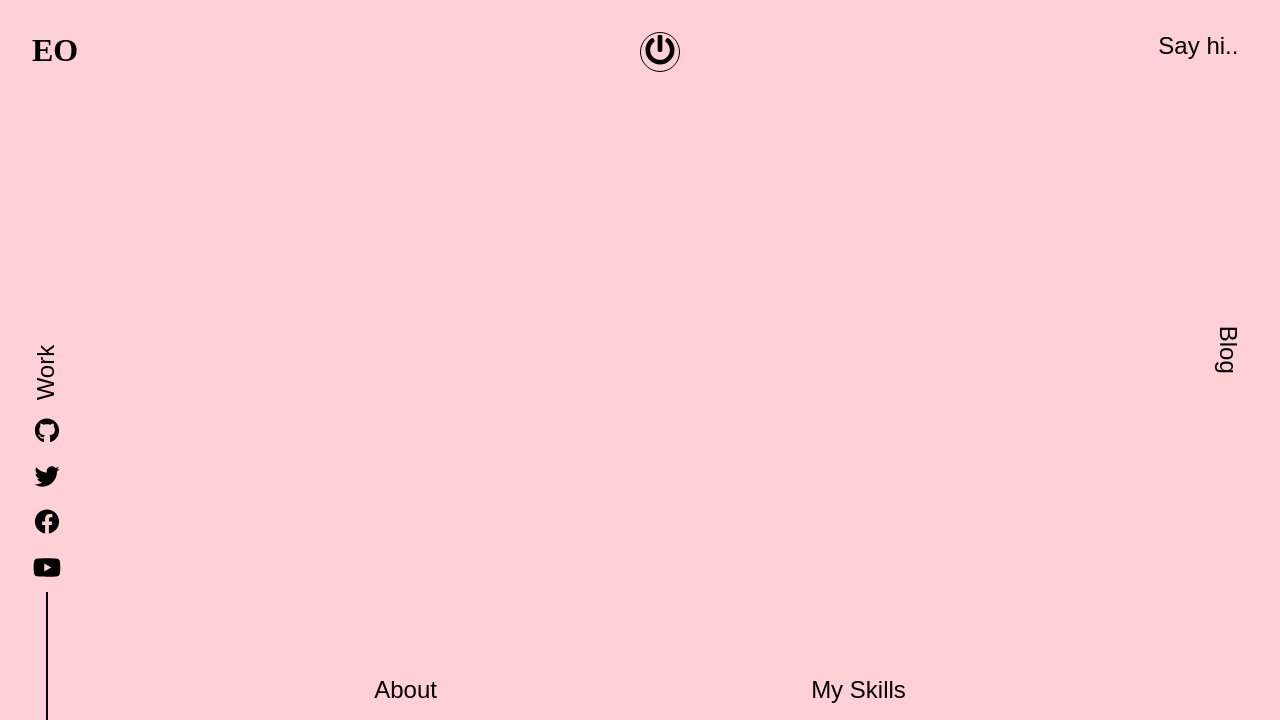
Repository: Deonorla/deon-dev
Page: /main
An editor plug-in stored every save of this project. The page is shown before and after the next save, followed by the edit.
The browser window is 1280 px wide. The pictures show the whole page.
The project was rebuilt for these pictures with package versions that can differ from the ones it lists, and the page was loaded fresh each time. The framework's server and built-in components were replaced by stand-ins that run in the browser. Also part of the build but not shown: next.config.ts.

Above is the page before, as saved 2025-05-28 13:56:42.

After the next save:
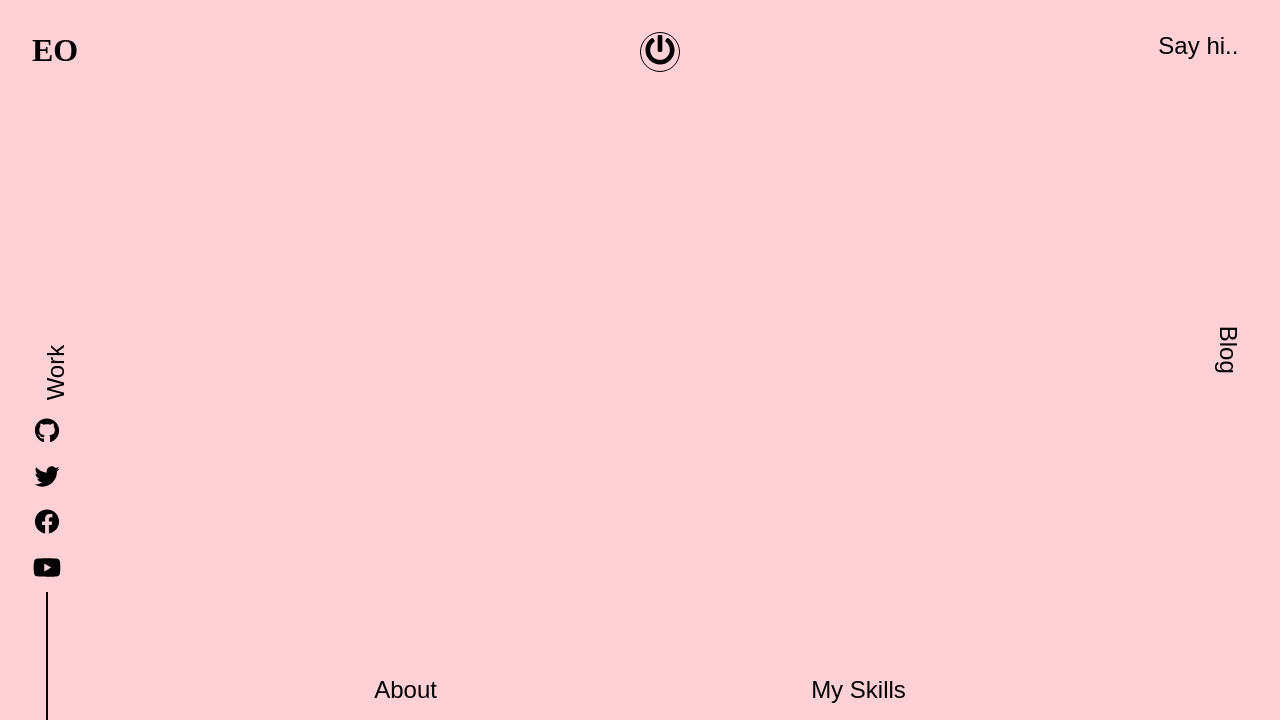
Saved 2 min 10 s later.
--- a/src/app/main/page.tsx
+++ b/src/app/main/page.tsx
@@ -50,7 +50,7 @@
   position: absolute;
   top: 46%;
   transform: rotate(-90deg) translate(-50%, -50%);
-  left: 2rem;
+  left: calc(1rem + 2vw);
   text-decoration: none;
   z-index: 1;
 `;
